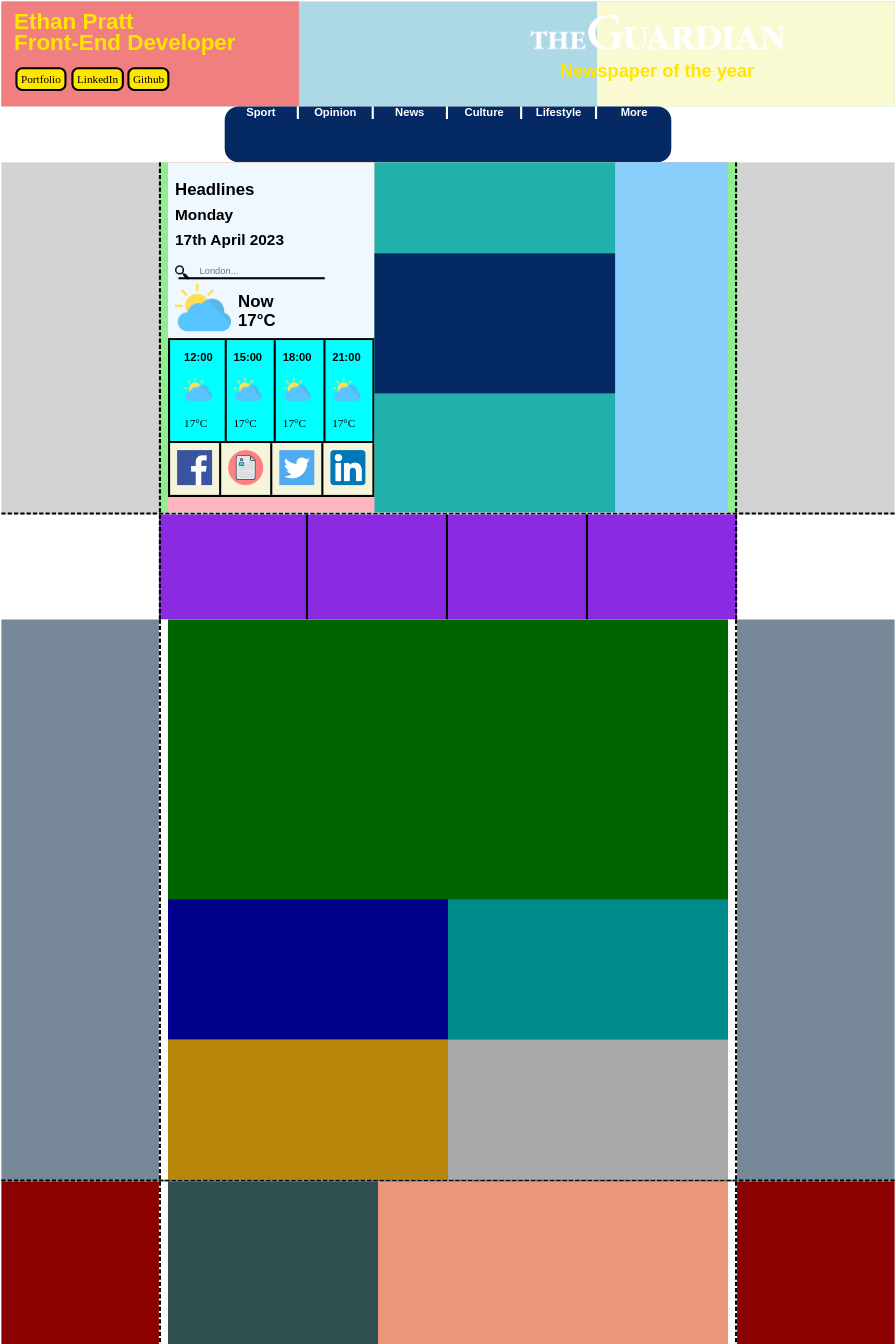
Repository: ghend99/News-Media
Page: index.html
The author's editor kept a copy of each file at every save. The page is drawn from the files as they stood at one save, then again after the next save.
The browser window is 1280 px wide. The pictures show the part of the page from y = 0 to 1920 px (the page is 3765 px tall), at 70% of full size.
The page's requests for data from a server got no answer. Some web fonts or font styles are not loaded; a fallback is used.

Above is the page before, as saved 2023-05-07 17:35:34.

### index.html
<!DOCTYPE html>
<html lang="en">
  <head>
    <meta charset="UTF-8" />
    <meta http-equiv="X-UA-Compatible" content="IE=edge" />
    <meta name="viewport" content="width=device-width, initial-scale=1.0" />

    <link rel="stylesheet" href="style.css" />

    <title>Document</title>
  </head>
  <body>
    <!-- Header Container -->
    <div id="header-container">
      <div id="header-left-section">
        <p class="header-name webpage-header">Ethan Pratt</p>

        <p class="header-job webpage-header">Front-End Developer</p>
        <p class="header-social-link header-social-link-portfolio">Portfolio</p>
        <p class="header-social-link header-social-link-linkedin">LinkedIn</p>
        <p class="header-social-link header-social-link-github">Github</p>
      </div>
      <div id="header-middle-section"></div>
      <div id="header-right-section">
        <img class="header-logo" src="./images/guardian-logo.png" />
        <img
          class="header-logo-mobile"
          src="./images/guardian-logo-mobile.png"
        />
        <p class="header-slogan webpage-header">Newspaper of the year</p>
      </div>
    </div>

    <!-- Navigation Links Container -->
    <div id="navigation-link-container">
      <a href="page2.html">
        <p class="navigation-link webpage-header">Sport</p>
      </a>

      <a href="page2.html">
        <p class="navigation-link webpage-header">Opinion</p>
      </a>

      <a href="page2.html">
        <p class="navigation-link webpage-header">News</p>
      </a>

      <a href="page2.html">
        <p class="navigation-link webpage-header">Culture</p>
      </a>

      <a href="page2.html" id="nav-link">
        <p class="navigation-link webpage-header">Lifestyle</p>
      </a>

      <a>
        <p class="navigation-link webpage-header" id="navigation-link6">More</p>
      </a>
    </div>

    <!-- News Section 1 -->

    <div id="news1-container">
      <div id="news1-wrapper">
        <div id="news1-article-container">
          <div id="news1-weather-container">
            <div id="weather-top-section">
              <p class="weather-container-header webpage-header">Headlines</p>
              <p class="weather-container-day webpage-header">Monday</p>
              <p class="weather-container-date webpage-header">
                17th April 2023
              </p>
              <img src="./images/search-icon-black.png" class="search-icon" />
              <input
                type="text"
                placeholder="London..."
                class="weather-container-location-input"
              />
              <img
                class="weather-location-current-icon"
                src="./images/cloudy.png"
              />
              <p class="weather-location-current-text webpage-header">
                Now <br />17°C
              </p>
            </div>
            <div id="weather-middle-section">
              <div
                id="weather-middle-section-time"
                class="weather-middle-section-time1"
              >
                <p class="webpage-header">12:00</p>
                <img src="./images/cloudy.png" class="weather-now-icon" />
                <p>17°C</p>
              </div>
              <div id="weather-middle-section-time">
                <p class="webpage-header">15:00</p>
                <img src="./images/cloudy.png" class="weather-now-icon" />
                <p>17°C</p>
              </div>
              <div id="weather-middle-section-time">
                <p class="webpage-header">18:00</p>
                <img src="./images/cloudy.png" class="weather-now-icon" />
                <p>17°C</p>
              </div>
              <div id="weather-middle-section-time">
                <p class="webpage-header">21:00</p>
                <img src="./images/cloudy.png" class="weather-now-icon" />
                <p>17°C</p>
              </div>
            </div>
            <div id="weather-bottom-section">
              <div id="weather-bottom-social">
                <img
                  class="weather-soiclas-link-icon"
                  src="./images/facebook.png"
                />
              </div>

              <div id="weather-bottom-social">
                <img
                  class="weather-soiclas-link-icon"
                  src="./images/resume-icon.png"
                />
              </div>

              <div id="weather-bottom-social">
                <img
                  class="weather-soiclas-link-icon"
                  src="./images/twitter.png"
                />
              </div>

              <div id="weather-bottom-social">
                <img
                  class="weather-soiclas-link-icon"
                  src="./images/linekdin.png"
                />
              </div>
            </div>
          </div>
          <div id="news1-article1-container">
            <p class="news1-article1-header"></p>
            <p class="news1-article-date"></p>
            <div id="article-thumbnail-wrapper">
              <img class="news1-article-thumbnail" src="" />
            </div>

            <p class="news1-article-description"></p>
          </div>
          <div id="news1-article2-container"></div>
        </div>
      </div>
    </div>

    <!-- News Headers -->
    <div id="news-headers">
      <div class="news-header"></div>
      <div class="news-header"></div>
      <div class="news-header"></div>
      <div class="news-header" id="news-header4"></div>
    </div>

    <!-- News Section 2 -->
    <div id="news2-container">
      <div id="news2-wrapper">
        <div id="news2-article-container">
          <div id="news2-article1"></div>
          <div id="news2-article2">
            <div id="news2-article2-article1"></div>
            <div id="news2-article2-article2"></div>
            <div id="news2-article2-article3"></div>
            <div id="news2-article2-article4"></div>
          </div>
        </div>
      </div>
    </div>

    <!-- News Section 3 -->
    <div id="news3-container">
      <div id="news3-wrapper">
        <div id="news3-article-container">
          <div id="news3-article1-container"></div>
          <div id="news3-article2-container"></div>
        </div>
      </div>
    </div>

    <!-- News Section 4 -->
    <div id="news4-container">
      <div id="news4-wrapper">
        <div id="news4-article-container">
          <div id="news4-article1-container-header"></div>
          <div id="news4-article2-container">
            <div id="news4-article2-article1"></div>
            <div id="news4-article2-article2"></div>
            <div id="news4-article2-article3"></div>
            <div id="news4-article2-article4"></div>
          </div>
        </div>
      </div>
    </div>

    <!-- News Section 5 -->
    <div id="news5-container">
      <div id="news5-wrapper">
        <div id="news5-article-container">
          <div id="news5-article1-container"></div>
          <div id="news5-article2-container"></div>
        </div>
      </div>
    </div>

    <!-- Footer -->
    <div id="footer-container">
      <div id="footer-wrapper">
        <div id="footer-content-container">
          <div id="footer-navigation-link-container">
            <a href="page2.html">
              <p class="navigation-link webpage-header"></p>
            </a>

            <a href="page2.html">
              <p class="navigation-link webpage-header"></p>
            </a>

            <a href="page2.html">
              <p class="navigation-link webpage-header"></p>
            </a>

            <a href="page2.html">
              <p class="navigation-link webpage-header"></p>
            </a>

            <a href="page2.html" id="nav-link">
              <p class="navigation-link webpage-header"></p>
            </a>

            <a>
              <p
                class="navigation-link webpage-header"
                id="navigation-link6"
              ></p>
            </a>
          </div>
          <div id="footer-section2">
            <div id="footer-section2-section1"></div>
            <div id="footer-section2-section2"></div>
            <div id="footer-section2-section3"></div>
            <div id="footer-section2-section4"></div>
            <div id="footer-section2-section5"></div>
          </div>
        </div>
      </div>
    </div>

    <script src="main.js"></script>
  </body>
</html>

### style.css
@import url("https://fonts.googleapis.com/css2?family=Signika+Negative:wght@600&display=swap");

body {
  margin: 2px;
}

.webpage-header {
  font-family: "Signika Negative", sans-serif;
  font-weight: bold;
}

#header-container {
  display: grid;
  grid-template-columns: 1fr 1fr 1fr;
  grid-template-rows: 1fr;
  width: 100%;
  min-width: 310px;
  max-height: 300px;
  min-height: 150px;
  background-color: lightblue;
}

#header-left-section {
  background-color: lightcoral;
}

.header-name {
  position: absolute;
  color: #ffe500;
  font-size: 32px;
  left: 20px;
  top: -20px;
}

.header-job {
  position: absolute;
  color: #ffe500;
  font-size: 32px;
  left: 20px;
  top: 10px;
}

.header-social-link {
  position: absolute;
  border: solid;
  padding: 5px;
  background-color: #ffe500;
  width: fit-content;
  border-radius: 10px;
}

.header-social-link-portfolio {
  top: 80px;
  margin-left: 20px;
}

.header-social-link-linkedin {
  top: 80px;
  margin-left: 100px;
}

.header-social-link-github {
  top: 80px;
  margin-left: 180px;
}

#header-right-section {
  background-color: lightgoldenrodyellow;
}

.header-logo {
  position: absolute;
  width: 400px;
  margin-left: 50px;
  right: 140px;
  top: 20px;
}

.header-logo-mobile {
  display: none;
}

.header-slogan {
  position: absolute;
  width: 400px;
  margin-left: 50px;
  right: 80px;
  top: 60px;
  font-size: 26px;
  color: #ffe500;
}

#navigation-link-container {
  position: relative;
  display: grid;
  grid-template-columns: 1fr 1fr 1fr 1fr 1fr 1fr;
  grid-template-rows: 1fr;
  max-height: 200px;
  min-height: 80px;
  width: 50%;
  min-width: 310px;
  left: 50%;
  transform: translate(-50%);
  background-color: #052962;
  border-radius: 20px;
  text-align: center;
}

.navigation-link {
  border-right: solid;
  border-color: white;
  margin-top: auto;
  margin-bottom: auto;
  color: white;
}

#navigation-link6 {
  border-right: none;
}

#news1-container {
  /* width: 100%;
  min-width: 304px; */
  max-height: 500px;
  min-height: 300px;
  background-color: lightgray;
  border-bottom: dashed;
}

#news1-wrapper {
  position: relative;
  left: 50%;
  transform: translate(-50%);
  background-color: lightgreen;
  max-width: 50%;
  min-width: 800px;
  max-height: 800px;
  min-height: 500px;
  border-left: dashed;
  border-right: dashed;
  padding-left: 10px;
  padding-right: 10px;
}

#news1-article-container {
  position: relative;
  display: grid;
  grid-template-columns: 0.5fr 1.5fr 0.7fr;
  grid-template-rows: 1fr;
  width: 100%;
  min-width: 304px;
  max-height: 900px;
  min-height: 500px;
  background-color: lightpink;
}

#news1-weather-container {
  display: grid;
  grid-template-columns: 1fr;
  grid-template-rows: 0.7fr 1fr 1fr;
  background-color: lightsalmon;
  height: 450px;
}

#weather-top-section {
  background-color: aliceblue;
  border-bottom: solid;
  padding-left: 10px;
}

.weather-container-header {
  font-size: 24px;
  margin-bottom: 0;
}

.weather-container-day {
  font-size: 22px;
  margin-top: 10px;
  margin-bottom: 0;
}

.weather-container-date {
  font-size: 22px;
  margin-top: 10px;
}

.search-icon {
  position: absolute;
  top: 147px;
  width: 20px;
  left: 10px;
}

.weather-container-location-input {
  text-decoration: none;
  border: none;
  border-bottom: solid;
  outline: none;
  background-color: transparent;
  padding-left: 30px;
  margin-left: 5px;
  margin-right: 5px;
  max-width: 200px;
  min-width: 50px;
}

.weather-location-current-icon {
  width: 80px;
}

.weather-location-current-text {
  position: absolute;
  font-size: 24px;
  top: 160px;
  left: 100px;
}
#weather-middle-section {
  background-color: aqua;
  display: grid;
  grid-template-columns: 1fr 1fr 1fr 1fr;
  grid-template-rows: 1fr;
  padding-left: 10px;
  border-left: solid;
  border-bottom: solid;
}

.weather-now-icon {
  width: 40px;
}

#weather-bottom-section {
  background-color: beige;
  display: grid;
  grid-template-columns: 1fr 1fr 1fr 1fr;
  grid-template-rows: 1fr;
  border-left: solid;
  border-bottom: solid;
}

#weather-bottom-social {
  border-right: solid;
}

#weather-middle-section-time {
  border-right: solid;
  padding-left: 10px;
}

.weather-soiclas-link-icon {
  width: 50px;
  padding: 10px;
}

#news1-article1-container {
  background-color: lightseagreen;
}

.news1-article1-header {
  height: fit-content;
  width: 100%;
  font-size: 24px;
}

#article-thumbnail-wrapper {
  width: 100%;
  min-height: 200px;
  margin-top: 130px;
  background-color: #052962;
}

.news1-article-thumbnail {
  width: 60%;
  margin-left: 100px;
}

#news1-article2-container {
  background-color: lightskyblue;
}

#news-headers {
  position: relative;
  display: grid;
  grid-template-columns: 1fr 1fr 1fr 1fr;
  grid-template-rows: 1fr;
  max-height: 250px;
  min-height: 150px;
  left: 50%;
  transform: translate(-50%);
  width: 50%;
  min-width: 800px;
  background-color: blueviolet;
  border-left: dashed;
  border-right: dashed;
  padding-left: 10px;
  padding-right: 10px;
}

.news-header {
  border-right: solid;
}

#news-header4 {
  border-right: none;
}

#news2-container {
  /* width: 100%;
  min-width: 304px; */
  max-height: 800px;
  min-height: 620px;
  background-color: lightslategray;
  border-bottom: dashed;
}

#news2-wrapper {
  position: relative;
  left: 50%;
  transform: translate(-50%);
  background-color: white;
  max-width: 50%;
  min-width: 800px;
  max-height: 800px;
  min-height: 605px;
  border-left: dashed;
  border-right: dashed;
  padding-left: 10px;
  padding-right: 10px;
}

#news2-article-container {
  position: relative;
  display: grid;
  grid-template-columns: 1fr 1fr;
  grid-template-rows: 1fr;
  width: 100%;
  min-width: 304px;
  max-height: 900px;
  min-height: 600px;
  background-color: darkgreen;
}

#news2-article1 {
  min-height: 400px;
}

#news2-article2 {
  display: grid;
  grid-template-columns: 1fr 1fr;
  grid-template-rows: 1fr 1fr;
}

#news2-article2-article1 {
  background-color: darkblue;
}

#news2-article2-article2 {
  background-color: darkcyan;
}

#news2-article2-article3 {
  background-color: darkgoldenrod;
}

#news2-article2-article4 {
  background-color: darkgray;
}

#news3-container {
  max-height: 800px;
  min-height: 620px;
  background-color: darkred;
  border-bottom: dashed;
}

#news3-wrapper {
  position: relative;
  left: 50%;
  transform: translate(-50%);
  background-color: white;
  max-width: 50%;
  min-width: 800px;
  max-height: 800px;
  min-height: 605px;
  border-left: dashed;
  border-right: dashed;
  padding-left: 10px;
  padding-right: 10px;
}

#news3-article-container {
  display: grid;
  grid-template-columns: 0.6fr 1fr;
  grid-template-rows: 1fr;
  background-color: darkmagenta;
  width: 100%;
  min-width: 304px;
  max-height: 900px;
  min-height: 600px;
}

#news3-article1-container {
  background-color: darkslategray;
}

#news3-article2-container {
  background-color: darksalmon;
}

#news4-container {
  max-height: 550px;
  min-height: 400px;
  background-color: darkviolet;
  border-bottom: dashed;
}

#news4-wrapper {
  position: relative;
  left: 50%;
  transform: translate(-50%);
  background-color: white;
  max-width: 50%;
  min-width: 800px;
  max-height: 800px;
  min-height: 400px;
  border-left: dashed;
  border-right: dashed;
  padding-left: 10px;
  padding-right: 10px;
}

#news4-article-container {
  display: grid;
  grid-template-columns: 0.4fr 1fr;
  grid-template-rows: 1fr;
  width: 100%;
  min-width: 304px;
  max-height: 900px;
  min-height: 500px;
  background-color: darkolivegreen;
}

#news4-article2-container {
  display: grid;
  grid-template-columns: 1fr 1fr;
  grid-template-rows: 1fr 1fr;
}

#news4-article2-article1 {
  background-color: lightblue;
}

#news4-article2-article2 {
  background-color: lightcoral;
}

#news4-article2-article3 {
  background-color: lightgoldenrodyellow;
}

#news4-article2-article4 {
  background-color: lightgray;
}

#news5-container {
  max-height: 340px;
  min-height: 300px;
  background-color: darkviolet;
  border-bottom: dashed;
}

#news5-wrapper {
  position: relative;
  left: 50%;
  transform: translate(-50%);
  background-color: white;
  max-width: 50%;
  min-width: 800px;
  max-height: 800px;
  min-height: 300px;
  border-left: dashed;
  border-right: dashed;
  padding-left: 10px;
  padding-right: 10px;
}

#news5-article-container {
  display: grid;
  grid-template-columns: 1.8fr 1fr;
  grid-template-rows: 1fr;
  width: 100%;
  min-width: 304px;
  max-height: 900px;
  min-height: 340px;
}

#news5-article1-container {
  background-color: lightgray;
}

#news5-article2-container {
  background-color: darkmagenta;
}

#footer-container {
  max-height: 700px;
  min-height: 500px;
  background-color: #052962;
  border-bottom: dashed;
}

#footer-wrapper {
  position: relative;
  left: 50%;
  transform: translate(-50%);
  background-color: darkgreen;
  max-width: 50%;
  min-width: 800px;
  max-height: 800px;
  min-height: 500px;
  border-left: solid;
  border-right: solid;
  border-bottom: solid;
  padding-left: 10px;
  padding-right: 10px;
}

#footer-content-container {
  display: grid;
  grid-template-columns: 1fr;
  grid-template-rows: 0.2fr 1fr;
  background-color: darkmagenta;
  width: 100%;
  min-width: 304px;
  max-height: 900px;
  min-height: 600px;
}

#footer-navigation-link-container {
  display: grid;
  grid-template-columns: 1fr 1fr 1fr 1fr 1fr 1fr;
  background-color: lightsteelblue;
}

#footer-section2 {
  display: grid;
  grid-template-columns: 1.2fr 0.6fr 0.6fr 0.6fr 1fr;
  grid-template-rows: 1fr;
}

#footer-section2-section1 {
  background-color: bisque;
}

#footer-section2-section2 {
  background-color: lightcoral;
}

#footer-section2-section3 {
  background-color: lightsalmon;
}

#footer-section2-section4 {
  background-color: lightseagreen;
}

#footer-section2-section5 {
  background-color: darkorange;
}

@media screen and (min-width: 0) and (max-width: 1467px) {
  #news2-article-container {
    grid-template-columns: 1fr;
    grid-template-rows: 1fr 1fr;
    min-height: 700px;
  }
}

@media screen and (min-width: 0) and (max-width: 819px) {
  .header-logo {
    display: none;
  }

  .header-logo-mobile {
    position: absolute;
    display: flex;
    right: 0;
    top: 30px;
    width: 150px;
  }

  .header-slogan {
    display: none;
  }

  #news1-container {
    min-height: 1050px;
    border-bottom: dashed;
  }

  #news1-wrapper {
    min-width: 400px;
    min-height: 1040px;
  }

  #news1-article-container {
    display: block;
  }

  #news1-weather-container {
    display: inline-block;
    min-width: 100%;
    height: 380px;
  }

  .search-icon {
    /* display: none; */
    position: absolute;
    left: 255px;
    top: 47px;
  }

  .weather-container-location-input {
    /* display: none; */
    position: absolute;
    right: 30px;
    top: 50px;
    width: 80px;
  }

  .weather-location-current-icon {
    position: absolute;
    right: 110px;
    top: 80px;
    width: 60px;
    /* display: none; */
  }

  .weather-location-current-text {
    /* display: none; */
    position: absolute;
    left: 320px;
    top: 60px;
    width: 40px;
  }

  #weather-middle-section {
    height: 150px;
  }

  #news1-article1-container {
    grid-template-columns: 1fr;
    grid-template-rows: 1fr 1fr;
    min-width: 100%;
    min-height: 400px;
  }

  #news1-article2-container {
    display: inline-block;
    min-width: 100%;
    min-height: 250px;
  }

  #news-headers {
    grid-template-columns: 1fr 1fr 1fr;
    min-width: 400px;
    /* display: none; */
  }

  #news2-wrapper {
    min-width: 400px;
    /* display: none; */
  }

  #news3-wrapper {
    min-width: 400px;
  }

  #news3-article-container {
    display: grid;
    grid-template-columns: 1fr;
    grid-template-rows: 1fr 1fr;
  }

  #news4-wrapper {
    min-width: 400px;
  }

  #news4-article-container {
    grid-template-columns: 1fr;
    grid-template-rows: 0.2fr 1fr;
  }

  #news5-wrapper {
    min-width: 400px;
    min-height: 400px;
  }

  #news5-container {
    min-height: 400px;
  }

  #news5-article-container {
    grid-template-columns: 1fr;
    grid-template-rows: 1fr 1fr;
    min-height: 400px;
  }

  #footer-wrapper {
    min-width: 400px;
  }

  #footer-section2 {
    grid-template-columns: 1fr 1fr 1fr;
    grid-template-rows: 1fr;
  }
}

@media screen and (min-width: 0) and (max-width: 425px) {
  #header-container {
    grid-template-columns: 1fr 1fr;
  }

  .header-name {
    font-size: 24px;
    top: 20px;
  }

  .header-job {
    font-size: 20px;
    top: 50px;
    width: 90px;
  }

  .header-social-link {
    display: none;
  }

  .search-icon {
    left: 165px;
  }

  .weather-location-current-icon {
    left: 180px;
  }

  .weather-location-current-text {
    left: 250px;
  }

  #news1-wrapper {
    min-width: 310px;
    border: none;
    padding: 0;
  }

  #news-headers {
    grid-template-columns: 1fr 1fr;
    min-width: 310px;
    border: none;
    padding: 0;
  }

  .navigation-link {
    font-size: 12px;
  }

  #news2-wrapper {
    min-width: 310px;
    border: none;
    padding: 0;
  }

  #news3-wrapper {
    min-width: 310px;
    border: none;
    padding: 0;
  }

  #news4-wrapper {
    min-width: 310px;
    border: none;
    padding: 0;
  }

  #news5-wrapper {
    min-width: 310px;
    border: none;
    padding: 0;
  }

  #footer-wrapper {
    min-width: 310px;
    border: none;
    padding: 0;
  }
}

### main.js
const apiKey = `37a45964-fcec-438d-856c-4391f0f28135`;

const newsArticle1Container = document.getElementById(
  "news1-article1-container"
);

const getNewsArticle1 = function () {
  let url = `https://content.guardianapis.com/search?&show-blocks=all&api-key=${apiKey}&show-fields=all`;
  fetch(url)
    .then((res) => res.json())
    .then((data) => {
      newsArticle1Container.innerHTML = `
      <p class="news1-article1-header webpage-header">${data.response.results[0].fields.headline}</p>

      <p class="news1-article-date webpage-header">${data.response.results[0].webPublicationDate}</p>
      <div id="article-thumbnail-wrapper">
      <img class="news1-article-thumbnail" src="${data.response.results[0].fields.thumbnail}" />
      </div>
      <p class="news1-article-description"></p>
`;
    });
};

getNewsArticle1();

After the next save:
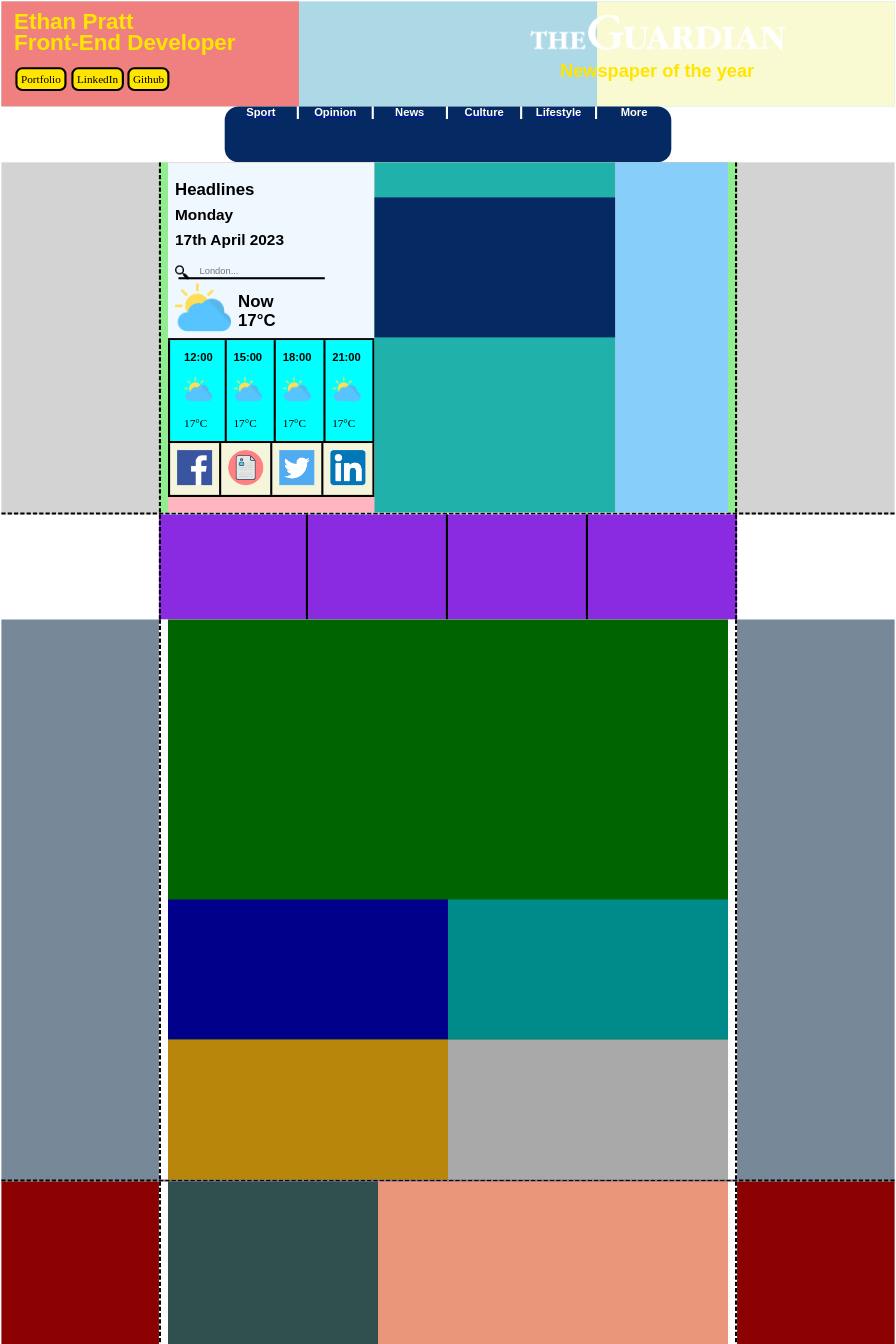
Saved 13 s later.
--- a/style.css
+++ b/style.css
@@ -264,7 +264,7 @@
 #article-thumbnail-wrapper {
   width: 100%;
   min-height: 200px;
-  margin-top: 130px;
+  margin-top: 50px;
   background-color: #052962;
 }
 
